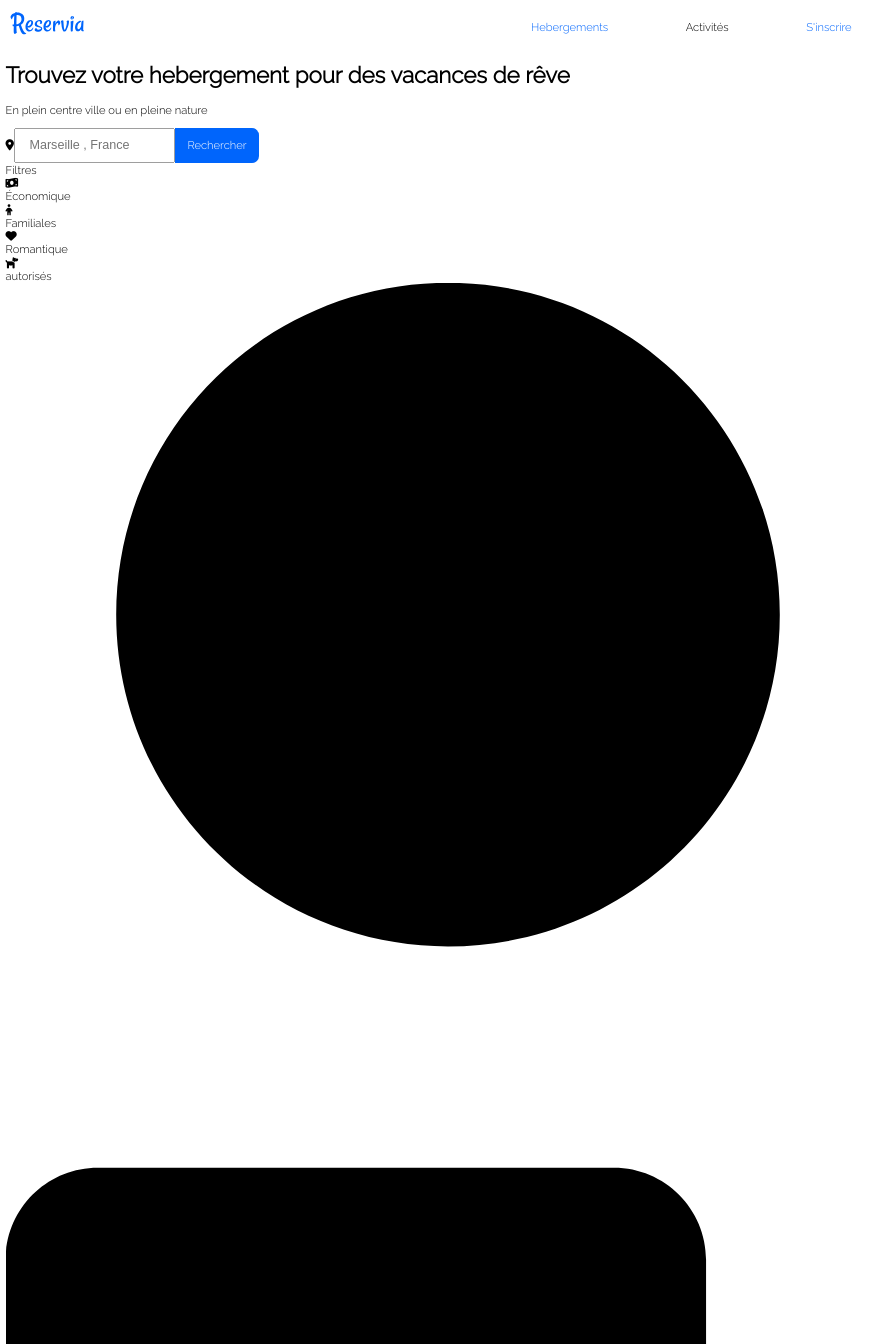
Repository: jaydeeonghub/DYLANBARBARISI_2_16062021
Page: index.html
These files come from the project's save history. The page is drawn as it stood at one moment and after the next save; the edit follows.
The browser window is 1280 px wide. The pictures show the part of the page from y = 0 to 1920 px (the page is 61289 px tall before and 61308 px after), at 70% of full size.
Some web libraries are served in a nearby version.

Above is the page before, as saved 2021-07-06 18:12:30.

### index.html
<!DOCTYPE html>
<html lang="fr">
<head>
    <script src="https://kit.fontawesome.com/864c7a6a3c.js" crossorigin="anonymous"></script>
    <link href="//netdna.bootstrapcdn.com/font-awesome/3.2.1/css/font-awesome.css" rel="stylesheet">
    <link rel="preconnect" href="https://fonts.gstatic.com">
    <link href="https://fonts.googleapis.com/css2?family=Raleway:wght@300&display=swap" rel="stylesheet">
    <link rel="stylesheet" href="Assets\Style\Styles.css">
        <meta charset="UTF-8">
        <meta http-equiv="X-UA-Compatible" content="IE=edge">
        <meta name="viewport" content="width=device-width, initial-scale=1.0">
    <title>Reservia</title>
</head>
<body>
    <header>
    <div class="Barre_de_navigation"> <!--Barre de navigation-->
        <img
             class="marglogo"
             src="Assets/Logo/Reservia@3x.png"
             alt="Logo Reservia Responsive"
             srcset="Assets/Logo/Reservia.svg"
             width="120px"
             height="50px"
        />
<nav class="LiensNav flexAround">
        <div><a class="colorBleu decorationNone" href="#Hebergements">Hebergements</a></div>
        <div><a class="LiensColor2 decorationNone" href="#Activités">Activités</a></div>
        <div><a class="colorBleu decorationNone" href="#S'inscrire">S'inscrire</a></div>
    </nav>
    </header>
<main>
    <h1>Trouvez votre hebergement pour des vacances de rêve</h1> <!--Titre d'accroche de la landing page-->
    <p>En plein centre ville ou en pleine nature</p>

      <div class="filtre margFiltreTitre">
        <div><i class="fas fa-map-marker-alt"></i></div>
        <div><input class="recherche flexCentre bordureNone paddingSearch" type="search" placeholder="Marseille , France" /></div>
        <Rechercher class="backBleu flexCentre buttonSearch">Rechercher</div>
          </div>

          <div class="margFiltreTitre"<h3>Filtres</h3></div>
          <div><i class="fas fa-money-bill-wave"></i><div>Économique</div></div>
          <div><i class="fas fa-child"></i><div>Familiales</div></div>
          <div><i class="fas fa-heart"></i><div>Romantique</div></div>
          <div><i class="fas fa-dog"></i><div>autorisés</div></div>
          </div>

    <img src="Assets/Icons/info-solid.svg"> <p>Plus de 500 Logements sont disponibles dans cette ville</p> <!--Nombre approximatif de logements disponibles aux alentours-->




        <section>
            <aside>
                <h2>Hébergements à Marseille</h2>
        <div>
            <img src="Assets/Images/4_small/florian-wehde-xW9e8gdotxI-unsplash.jpg"
                      />
                <span>
                    Auberge de la Cannebière
                </span>
                <span>
                    Nuit à partir de 25 Euros
                </span>
                <div>
                    <i><img src="Assets/Icons/star-solid.svg"</i>
                    <i><img src="Assets/Icons/star-solid.svg"</i>
                    <i><img src="Assets/Icons/star-solid.svg"</i>
                    <i><img src="Assets/Icons/star-solid.svg"</i>
                    <i><img src="Assets/Icons/star-solid.svg"</i>
                </div>
        <div>
            <img src="Assets/Images/4_small/kevin-hikari-rV_Qd1l-VXg-unsplash.jpg"
                    />
                <span>
                    Hôtel du port
                </span>
                <span>
                    Nuit à partir de 52 Euros
                </span>
                    <div>
                        <i><img src="Assets/Icons/star-solid.svg"</i>
                        <i><img src="Assets/Icons/star-solid.svg"</i>
                        <i><img src="Assets/Icons/star-solid.svg"</i>
                        <i><img src="Assets/Icons/star-solid.svg"</i>
                        <i><img src="Assets/Icons/star-solid.svg"</i>
                    </div>

                    <div>
                    <img src="Assets/Images/4_small/kilyan-sockalingum-NR8-cBCN3aI-unsplash.jpg"
                    />

                    <span>
                        Hôtel Les mouettes
                    </span>

                    <span>
                        Nuit à partir de 76 Euros
                        </span>

                        <div>
                            <i><img src="Assets/Icons/star-solid.svg"</i>
                            <i><img src="Assets/Icons/star-solid.svg"</i>
                            <i><img src="Assets/Icons/star-solid.svg"</i>
                            <i><img src="Assets/Icons/star-solid.svg"</i>
                            <i><img src="Assets/Icons/star-solid.svg"</i>
                        </div>
                    </div>
                        <div>
                            <img src="Assets/Images/4_small/lena-paulin-wH2-EJoDcV0-unsplash.jpg"
                            />
                            <span>
                                Hôtel de la mer
                            </span>
                            <span>
                                Nuit à partir de 46 Euros
                            </span>
                            <div>
                                <i><img src="Assets/Icons/star-solid.svg"</i>
                                <i><img src="Assets/Icons/star-solid.svg"</i>
                                <i><img src="Assets/Icons/star-solid.svg"</i>
                                <i><img src="Assets/Icons/star-solid.svg"</i>
                                <i><img src="Assets/Icons/star-solid.svg"</i>
                            </div>
                            <div>
                                <img src="Assets/Images/4_small/paul-hermann-QFTrLdQIRhI-unsplash.jpg"
                                />
                                <span>
                                    Auberge Le Panier
                                </span>
                                <span>
                                    Nuit à partir de 23 Euros
                                </span>
                                <div>
                                    <i><img src="Assets/Icons/star-solid.svg"</i>
                                    <i><img src="Assets/Icons/star-solid.svg"</i>
                                    <i><img src="Assets/Icons/star-solid.svg"</i>
                                    <i><img src="Assets/Icons/star-solid.svg"</i>
                                    <i><img src="Assets/Icons/star-solid.svg"</i>
                                </div>
                                <div>
                                    <img src="Assets/Images/4_small/reno-laithienne-QUgJhdY5Fyk-unsplash.jpg"
                                    />
                                    <span>
                                        Hôtel Chez Amina
                                    </span>
                                    <span>
                                        Nuit à partir de 96 Euros
                                    </span>
                                    <div>
                                        <i><img src="Assets/Icons/star-solid.svg"</i>
                                        <i><img src="Assets/Icons/star-solid.svg"</i>
                                        <i><img src="Assets/Icons/star-solid.svg"</i>
                                        <i><img src="Assets/Icons/star-solid.svg"</i>
                                        <i><img src="Assets/Icons/star-solid.svg"</i>
                                    </div>

            </aside><!--Hebergements à Marseille-->
            <aside>
                <h2>Les plus populaires</h2>
                <img src="#icônegraphiqueenfleche"
        <div>
            <img src="Assets/Images/4_small/florian-wehde-xW9e8gdotxI-unsplash.jpg"
                      />
                <span>
                    Hôtel le soleil du matin
                </span>
                <span>
                    Nuit à partir de 128 Euros
                </span>
                <div>
                    <i><img src="Assets/Icons/star-solid.svg"</i>
                    <i><img src="Assets/Icons/star-solid.svg"</i>
                    <i><img src="Assets/Icons/star-solid.svg"</i>
                    <i><img src="Assets/Icons/star-solid.svg"</i>
                    <i><img src="Assets/Icons/star-solid.svg"</i>
                </div>
        <div>
            <img src="Assets/Images/4_small/kevin-hikari-rV_Qd1l-VXg-unsplash.jpg"
                    />
                <span>
                    Au coeur de l'eau Chambre d'hôtes
                </span>
                <span>
                    Nuit à partir de 71 Euros
                </span>
                    <div>
                        <i><img src="Assets/Icons/star-solid.svg"</i>
                        <i><img src="Assets/Icons/star-solid.svg"</i>
                        <i><img src="Assets/Icons/star-solid.svg"</i>
                        <i><img src="Assets/Icons/star-solid.svg"</i>
                        <i><img src="Assets/Icons/star-solid.svg"</i>
                    </div>

                    <div>
                    <img src="Assets/Images/4_small/kilyan-sockalingum-NR8-cBCN3aI-unsplash.jpg"
                    />

                    <span>
                        Hôtel tout bleu et blanc
                    </span>

                    <span>
                        Nuit à partir de 68 Euros
                        </span>

                        <div>
                            <i><img src="Assets/Icons/star-solid.svg"</i>
                            <i><img src="Assets/Icons/star-solid.svg"</i>
                            <i><img src="Assets/Icons/star-solid.svg"</i>
                            <i><img src="Assets/Icons/star-solid.svg"</i>
                            <i><img src="Assets/Icons/star-solid.svg"</i>
                        </div>
                    </div>

            </aside><!-- Les plus populaires-->
    </section>
        <section>
            <h2>Activités à Marseille</h2>
        <div>
            <div>
                <img src="Assets/Images/4_small/kilyan-sockalingum-NR8-cBCN3aI-unsplash.jpg"
                />

                <span>
                    Vieux Port
                </span>
            </div>
            <div>
                <img src="Assets/Images/4_small/kilyan-sockalingum-NR8-cBCN3aI-unsplash.jpg"
                />

                <span>
                    Fort de Pomègues
                </span>
            </div>
            <div>
                <img src="Assets/Images/4_small/kilyan-sockalingum-NR8-cBCN3aI-unsplash.jpg"
                />

                <span>
                    Îles du Frioul
                </span>
            </div>
            <div>
                <img src="Assets/Images/4_small/kilyan-sockalingum-NR8-cBCN3aI-unsplash.jpg"
                />

                <span>
                    Parc National des Calanques
                </span>
            </div>
            <div>
                <img src="Assets/Images/4_small/kilyan-sockalingum-NR8-cBCN3aI-unsplash.jpg"
                />

                <span>
                    Notre-Dame-de-la-Garde
                </span>
            </div>
            <div>
                <img src="Assets/Images/4_small/kilyan-sockalingum-NR8-cBCN3aI-unsplash.jpg"
                />

                <span>
                    Parc Longchamp
                </span>
            </div>
        </div>
        </section><!-- Activités à Marseille-->


    </main>
    <footer>
        <h5>À propos</h5>
            <a href="#Fonctionnementdusite">Fonctionnement du site</a>
            <a href="#CGV">Conditions générales de vente</a>
            <a href="Confidentialité">Données et confidentialité</a>

        <h5>Nos hébergements</h5>
            <a href="#chartequalité">Charte qualité</a>
            <a href="#Soumettrehôtel">Soumettre votre hôtel</a>


        <h5>Assistance</h5>
            <a href="#Centre d'aide">Centre d'aide</a>
            <a href="#Contact">Nous contacter</a>
    </footer>


</body>
</html>

### Assets/Style/Styles.css
*
body {font-family: 'Raleway', sans-serif;}

h1 {font-family: 'Raleway', sans-serif;}

li {display: inline;}

a {text-decoration: none;}

.flexCentre {

    display: flex;
    justify-content: center;
    align-items: center;
}

.flexAround {

    display: flex;
    justify-content: space-around;
    align-items: center;
}
/* NAV */
.Barre_de_navigation {
    display: flex;
    justify-content: space-between;
    align-items: center;
    font-family: Raleway;
}

.LiensNav {
    width: 45%;
}
.LiensNav2 {
    width: 140px;
    height: 99px;
}
.texteGras {

    font-weight: bold;
}



.LiensColor2 {
    color: black;
}
.marglogo {
    margin-bottom: 10px;
}

/* Colors */
.colorBleu {
    color: #0065fc;
}
.colorBleuClair {
    color: #deebff
}
.colorGris {
    color: #f2f2f2
}
.backBleu {
    background-color: #0065fc;
}
.backBleuClair {
    background-color: #deebff
}
.backGris {
    background-color: #f2f2f2
}

/* HEADER*/
.bordureSearch {
    width: 400px;
    border-radius: 10px;
    border: 0.5px solid ;
}
.paddingSearch {
    padding-left: 20px;
}
.recherche {
    height: 50px;
    width: 230px;
    font-size: 18px;
    color: black
    font-weight: bold
}
.iconSize {
    height: 50px;
    width: 50px;
    border-radius: 10px 0 0 10px;
}
.buttonSearch {
    height: 50px;
    width: 120px;
    color: white;
    cursor: pointer;
    border-radius: 0 10px 10px 0;
}
/* Filtres */

.filtre {
    display: flex;
    align-items: center;
}
.margFiltre {
    margin-top: 50px;
    margin-bottom: 40px;
}
.margFiltreTitre {
    margin-right: 20px;
}
.filtreTexteIcons {
    border: 2px solid #f2f2f2;
    height: 50px;
    border-radius: 30px;
    margin-right: 20px;
}

After the next save:
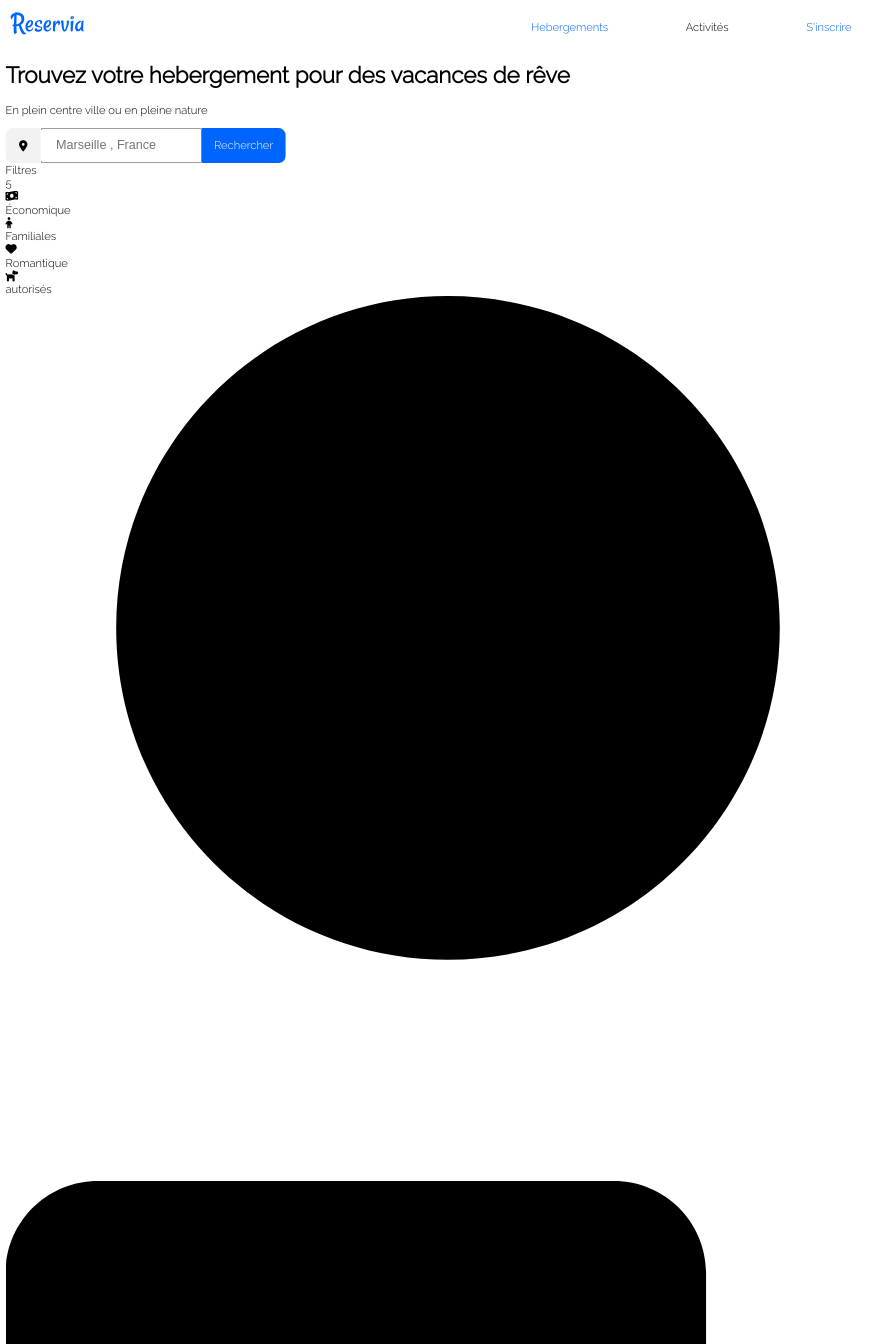
Saved 20 h 0 min later.
--- a/index.html
+++ b/index.html
@@ -33,12 +33,13 @@
     <p>En plein centre ville ou en pleine nature</p>
 
       <div class="filtre margFiltreTitre">
-        <div><i class="fas fa-map-marker-alt"></i></div>
+        <div class="backGris flexCentre iconSize">
+            <i class="fas fa-map-marker-alt"></i></div>
         <div><input class="recherche flexCentre bordureNone paddingSearch" type="search" placeholder="Marseille , France" /></div>
         <Rechercher class="backBleu flexCentre buttonSearch">Rechercher</div>
           </div>
 
-          <div class="margFiltreTitre"<h3>Filtres</h3></div>
+          <div class="margFiltreTitre"<h3>Filtres</h3></div> 5
           <div><i class="fas fa-money-bill-wave"></i><div>Économique</div></div>
           <div><i class="fas fa-child"></i><div>Familiales</div></div>
           <div><i class="fas fa-heart"></i><div>Romantique</div></div>

After the save that followed:
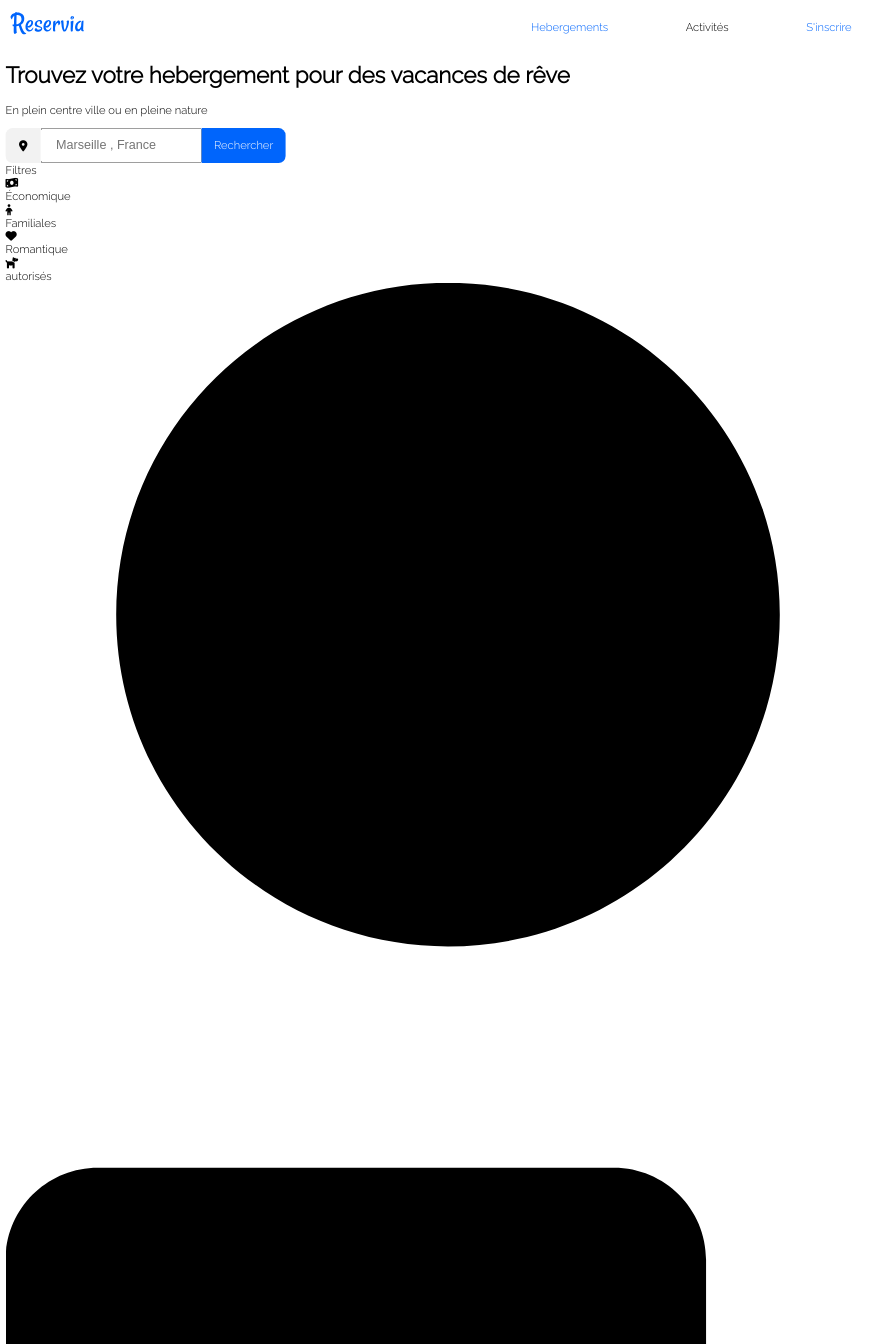
Saved 25 s later.
--- a/index.html
+++ b/index.html
@@ -39,7 +39,7 @@
         <Rechercher class="backBleu flexCentre buttonSearch">Rechercher</div>
           </div>
 
-          <div class="margFiltreTitre"<h3>Filtres</h3></div> 5
+          <div class="margFiltreTitre"<h3>Filtres</h3></div>
           <div><i class="fas fa-money-bill-wave"></i><div>Économique</div></div>
           <div><i class="fas fa-child"></i><div>Familiales</div></div>
           <div><i class="fas fa-heart"></i><div>Romantique</div></div>
